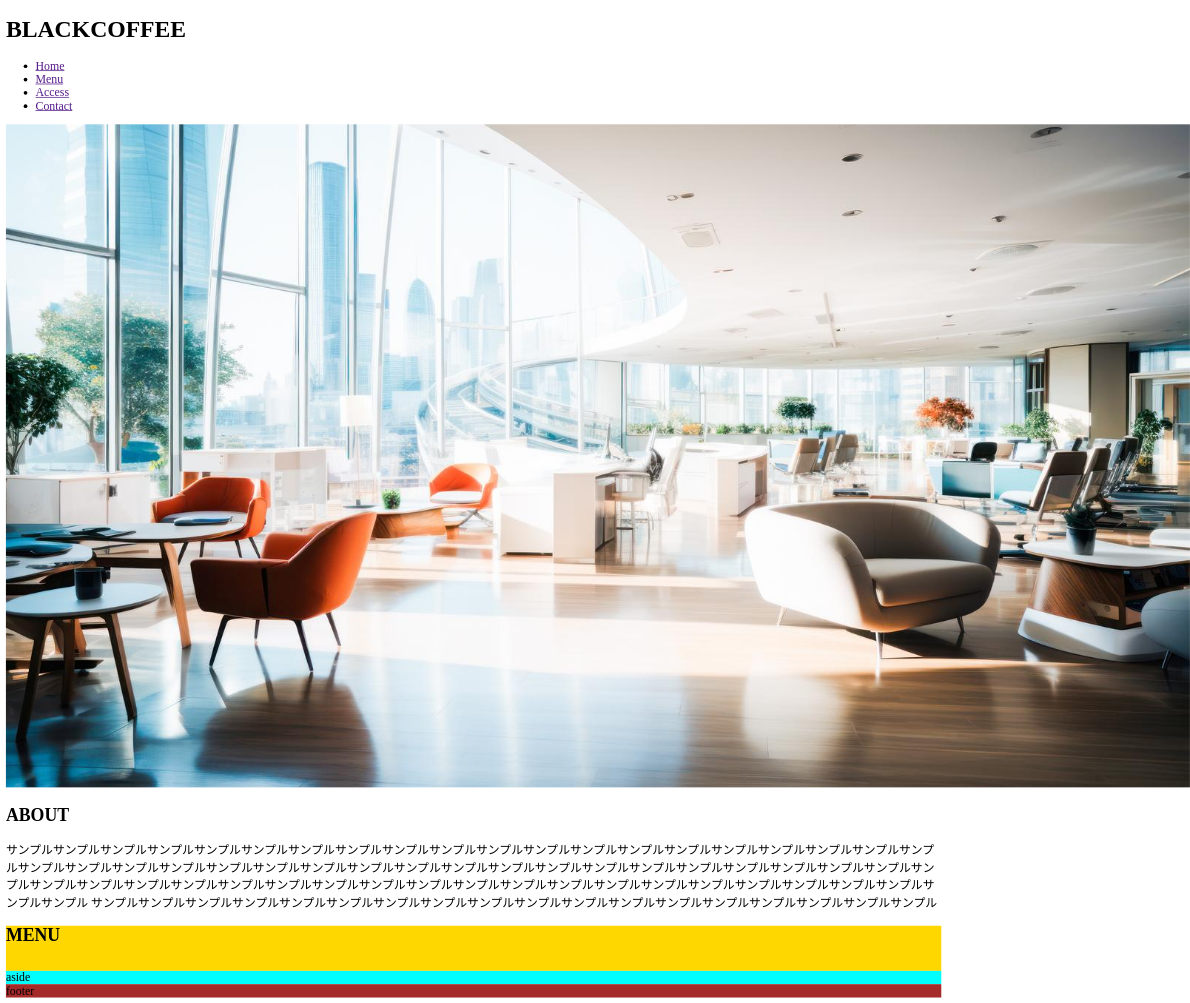
Repository: elle821208/Ayakomi-Cafe
Page: index.html
An editor plug-in stored every save of this project. The page is shown before and after the next save, followed by the edit.
The browser window is 1280 px wide. The page is 1608 px wide, so the pictures cover 1608 px, including what lies to the right of the window. The pictures show the whole page, at 74% of full size.

Above is the page before, as saved 2025-02-28 07:34:50.

### index.html
<!DOCTYPE html>
<html lang="ja">
    <head>
        <meta charset="UTF-8">
        <meta name="viewport" content="width=device-width, initial-scale=1.0">
        <title>BLACKCOFFEE</title>
        <link rel="stylesheet" href="assets/css/common.css">
        <link rel="stylesheet" href="assets/css/index.css">
    </head>
    <body>
        <!--https://www.youtube.com/watch?v=D6aeJTnGvHo-->
        <!--HTMLCSS基礎プラス実践で使える技術盛込みパワーアップ2024-->
        <!--https://www.pakutaso.com/20230807241post-48316.html-->
        <!--ぱくたそ-->
        <!--https://icooon-mono.com/-->
        <!--アイコン-->
        <!--22:00～-->
        <header>
            <div class="container">
                <h1>BLACKCOFFEE</h1>
                <nav>
                    <ul>
                        <li><a href="">Home</a></li>
                        <li><a href="">Menu</a></li>
                        <li><a href="">Access</a></li>
                        <li><a href="">Contact</a></li>
                    </ul>
                </nav>

            </div>

        </header>

        <main>
            <section class="hero">
                <img src="assets/images/top.jpg" alt="ブラックコーヒーの飲食スペース">
                <div class="container">

                </div>

            </section>

            <section class="about">
                <div class="container">
                    <h2>ABOUT</h2>
                    <p>サンプルサンプルサンプルサンプルサンプルサンプルサンプルサンプルサンプルサンプルサンプルサンプルサンプルサンプルサンプルサンプルサンプルサンプルサンプルサンプルサンプルサンプルサンプルサンプルサンプルサンプルサンプルサンプルサンプルサンプルサンプルサンプルサンプルサンプルサンプルサンプルサンプルサンプルサンプルサンプルサンプルサンプルサンプルサンプルサンプルサンプルサンプルサンプルサンプルサンプルサンプルサンプルサンプルサンプルサンプルサンプルサンプルサンプルサンプルサンプルサンプル
                        サンプルサンプルサンプルサンプルサンプルサンプルサンプルサンプルサンプルサンプルサンプルサンプルサンプルサンプルサンプルサンプルサンプルサンプル</p>

                </div>

            </section>

            <section class="menu" style="background-color:gold ;">
                <div class="container">
                    <h2>MENU</h2>
                    <table>
                        <tr>
                            <td></td>
                            <td></td>
                        </tr>
                        <tr>
                            <td></td>
                            <td></td>
                        </tr>
                        <tr>
                            <td></td>
                            <td></td>
                        </tr>
                    </table>

                </div>

            </section>

        </main>

        <aside style="background-color: aqua;">
            aside
            <div class="container">

            </div>

        </aside>

        <footer style="background-color: brown;">
            footer
            <div class="container">

            </div>

        </footer>

    </body>
</html>

Loaded but not shown: assets/css/index.css (common file); assets/css/common.css (no copy from this time; the picture is the same without it)

After the next save:
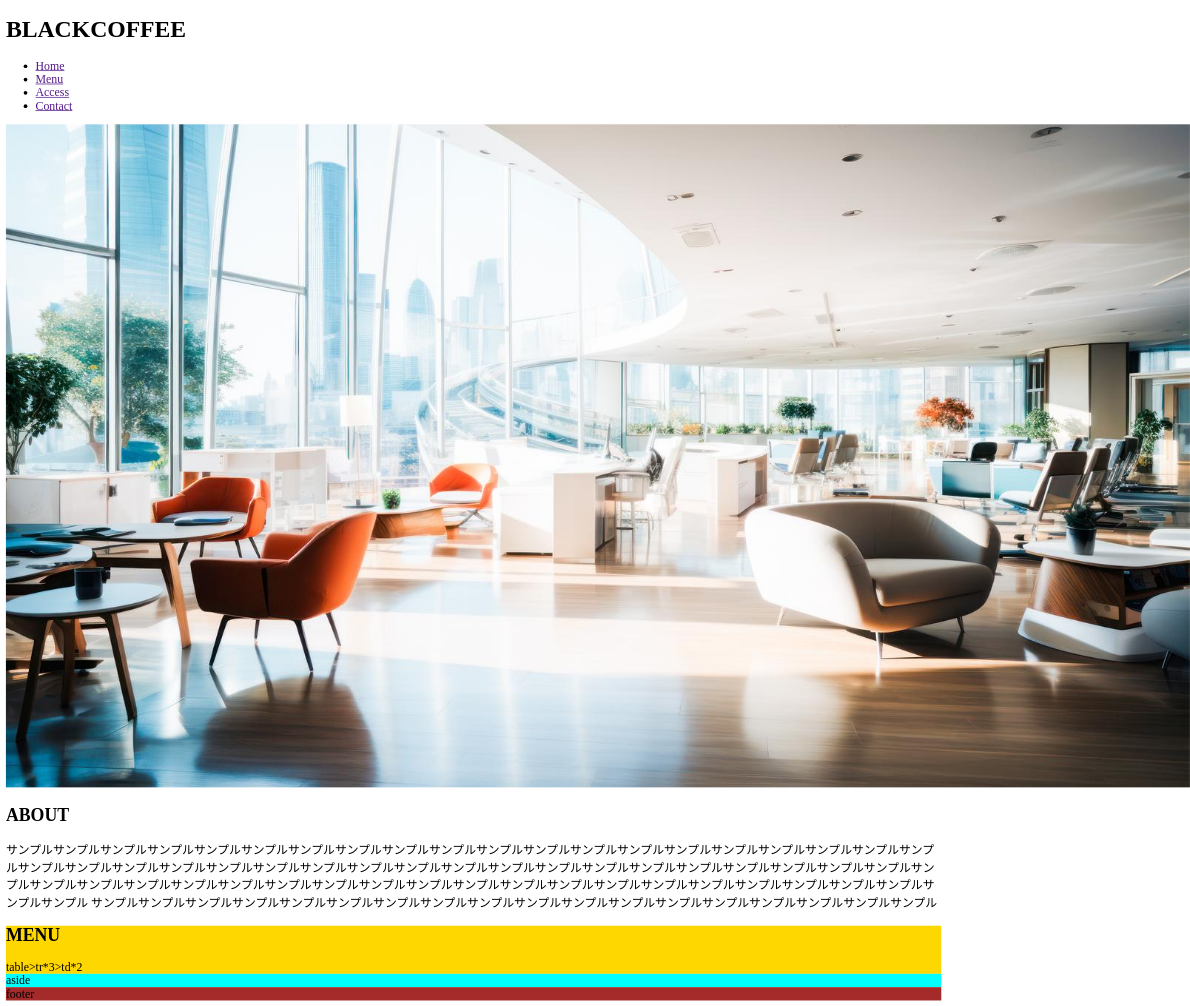
Saved 2 min 7 s later.
--- a/index.html
+++ b/index.html
@@ -53,20 +53,7 @@
             <section class="menu" style="background-color:gold ;">
                 <div class="container">
                     <h2>MENU</h2>
-                    <table>
-                        <tr>
-                            <td></td>
-                            <td></td>
-                        </tr>
-                        <tr>
-                            <td></td>
-                            <td></td>
-                        </tr>
-                        <tr>
-                            <td></td>
-                            <td></td>
-                        </tr>
-                    </table>
+                    table>tr*3>td*2
 
                 </div>
 
